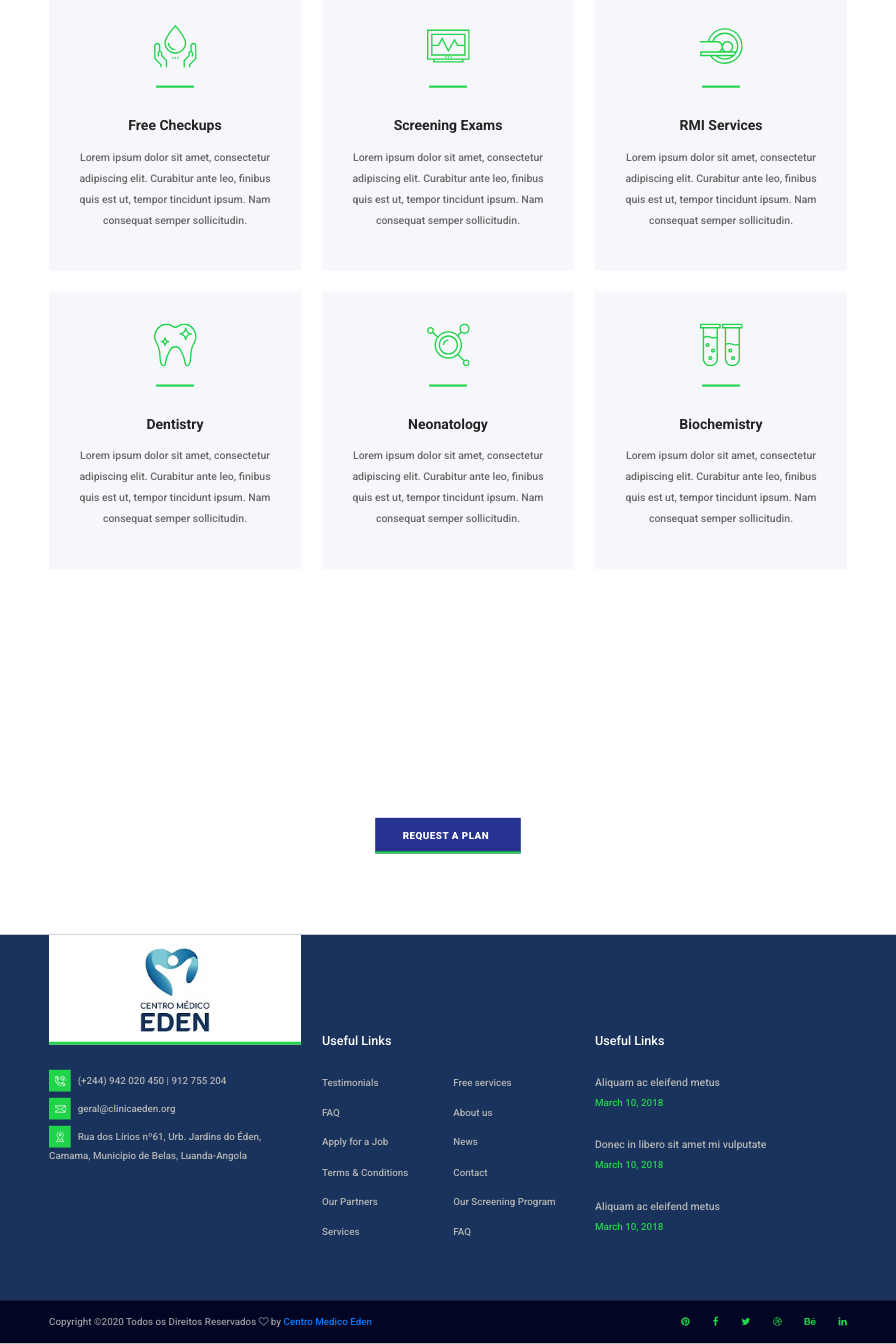
Repository: Nanitamo/centro-medico-eden-webpage
Page: index.html
An editor plug-in stored every save of this project. The page is shown before and after the next save, followed by the edit.
The browser window is 1280 px wide. The pictures show the part of the page from y = 2615 to 4535 px (the page is 4535 px tall), at 70% of full size.

Above is the page before, as saved 2020-06-18 15:44:01.

### index.html
<!DOCTYPE html>
<html lang="pt">
<head>
<title>Centro Médico Eden</title>
<meta charset="utf-8">
<meta http-equiv="X-UA-Compatible" content="IE=edge">
<meta name="description" content="CareMed demo project">
<meta name="viewport" content="width=device-width, initial-scale=1">
<link rel="stylesheet" type="text/css" href="styles/bootstrap4/bootstrap.min.css">
<link href="plugins/font-awesome-4.7.0/css/font-awesome.min.css" rel="stylesheet" type="text/css">
<link rel="stylesheet" type="text/css" href="plugins/OwlCarousel2-2.2.1/owl.carousel.css">
<link rel="stylesheet" type="text/css" href="plugins/OwlCarousel2-2.2.1/owl.theme.default.css">
<link rel="stylesheet" type="text/css" href="plugins/OwlCarousel2-2.2.1/animate.css">
<link rel="stylesheet" type="text/css" href="styles/main_styles.css">
<link rel="stylesheet" type="text/css" href="styles/responsive.css">
</head>
<body>

<div class="super_container">

	<!-- Header -->

	<header class="header trans_200">

		<!-- Top Bar -->
		<div class="top_bar">
			<div class="container">
				<div class="row">
					<div class="col">
						<div class="top_bar_content d-flex flex-row align-items-center justify-content-start">
							<!-- <div class="top_bar_item"><a href="#">FAQ</a></div>
							<div class="top_bar_item"><a href="#">Request an Appointment</a></div> -->
							<div class="emergencies  d-flex flex-row align-items-center justify-content-start ml-auto">Emergencias: +244 928 819 392</div>
						</div>

					</div>
				</div>
			</div>
		</div>

		<!-- Header Content -->
		<div class="header_container">
			<div class="container">
				<div class="row">
					<div class="col">
						<div class="header_content d-flex flex-row align-items-center justify-content-start">
							<nav class="main_nav ml-auto">
								<ul>
									<li><a href="index.html">Home</a></li>
									<li><a href="about.html">Sobre Nos</a></li>
									<li><a href="services.html">Serviços</a></li>
									<li><a href="news.html">News</a></li>
									<li><a href="contact.html">Contactos</a></li>
								</ul>
							</nav>
							<div class="hamburger ml-auto"><i class="fa fa-bars" aria-hidden="true"></i></div>
						</div>
					</div>
				</div>
			</div>
		</div>

		<!-- Logo -->
		<div class="logo_container_outer">
			<div class="container">
				<div class="row">
					<div class="col">
						<div class="logo_container">
							<a href="#">
								<div class="logo_content d-flex flex-column align-items-start justify-content-center">
									<!-- <div class="logo_line"></div>
									<div class="logo d-flex flex-row align-items-center justify-content-center">
										<div class="logo_text">Care<span>Med</span></div>
										<div class="logo_box">+</div>
									</div>
									<div class="logo_sub">Health Care Center</div> -->
									<img src="./images/logo.jpg" alt="Logotipo" >
								</div>
							</a>
						</div>
					</div>
				</div>
			</div>
		</div>

	</header>

	<!-- Menu -->

	<div class="menu_container menu_mm">

		<!-- Menu Close Button -->
		<div class="menu_close_container">
			<div class="menu_close"></div>
		</div>

		<!-- Menu Items -->
		<div class="menu_inner menu_mm">
			<div class="menu menu_mm">
				<ul class="menu_list menu_mm">
					<li class="menu_item menu_mm"><a href="index.html">Home</a></li>
					<li class="menu_item menu_mm"><a href="about.html">Sobre Nos</a></li>
					<li class="menu_item menu_mm"><a href="services.html">Serviços</a></li>
					<li class="menu_item menu_mm"><a href="news.html">News</a></li>
					<li class="menu_item menu_mm"><a href="contact.html">Contactos</a></li>
				</ul>
			</div>
			<div class="menu_extra">
				<div class="menu_appointment"><a href="#">Request an Appointment</a></div>
				<div class="menu_emergencies">Para Emergencias: +244 928 819 392</div>
			</div>

		</div>

	</div>

	<!-- Home -->

	<div class="home">
		<div class="home_slider_container">
			<!-- Home Slider -->
			<div class="owl-carousel owl-theme home_slider">

				<!-- Slider Item -->
				<div class="owl-item">
					<div class="home_slider_background" style="background-image:url(images/home_background_1.jpg)"></div>
					<div class="home_content">
						<div class="container">
							<div class="row">
								<div class="col">
									<div class="home_content_inner">
										<div class="home_title"><h1>Medicine made with care</h1></div>
										<div class="home_text">
											<p>Lorem ipsum dolor sit amet, consectetur adipiscing elit. Mauris tempus vestibulum mauris quis aliquam. Integer accumsan sodales odio, id tempus velit ullamcorper id. Quisque at erat eu.</p>
										</div>
										<div class="button home_button">
											<a href="#">read more</a>
										</div>
									</div>
								</div>
							</div>
						</div>
					</div>
				</div>

				<!-- Slider Item -->
				<div class="owl-item">
					<div class="home_slider_background" style="background-image:url(images/home_background_1.jpg)"></div>
					<div class="home_content">
						<div class="container">
							<div class="row">
								<div class="col">
									<div class="home_content_inner">
										<div class="home_title"><h1>Medicine made with care</h1></div>
										<div class="home_text">
											<p>Lorem ipsum dolor sit amet, consectetur adipiscing elit. Mauris tempus vestibulum mauris quis aliquam. Integer accumsan sodales odio, id tempus velit ullamcorper id. Quisque at erat eu.</p>
										</div>
										<div class="button home_button">
											<a href="#">read more</a>
										</div>
									</div>
								</div>
							</div>
						</div>
					</div>
				</div>

				<!-- Slider Item -->
				<div class="owl-item">
					<div class="home_slider_background" style="background-image:url(images/home_background_1.jpg)"></div>
					<div class="home_content">
						<div class="container">
							<div class="row">
								<div class="col">
									<div class="home_content_inner">
										<div class="home_title"><h1>Medicine made with care</h1></div>
										<div class="home_text">
											<p>Lorem ipsum dolor sit amet, consectetur adipiscing elit. Mauris tempus vestibulum mauris quis aliquam. Integer accumsan sodales odio, id tempus velit ullamcorper id. Quisque at erat eu.</p>
										</div>
										<div class="button home_button">
											<a href="#">read more</a>
										</div>
									</div>
								</div>
							</div>
						</div>
					</div>
				</div>

			</div>

			<!-- Slider Progress -->
			<div class="home_slider_progress"></div>
		</div>
	</div>

	<!-- 3 Boxes -->

	<div class="boxes">
		<div class="container">
			<div class="row">

				<!-- Box -->
				<div class="col-lg-4 box_col">
					<div class="box working_hours">
						<div class="box_icon d-flex flex-column align-items-start justify-content-center"><div style="width:29px; height:29px;"><img src="images/alarm-clock.svg" alt=""></div></div>
						<div class="box_title">Horário de Trabalho</div>
						<div class="working_hours_list">
							<ul>
								<li class="d-flex flex-row align-items-center justify-content-start">
									<div>Segunda – Sexta-Feira</div>
									<div class="ml-auto">8h00 – 19h00</div>
								</li>
								<li class="d-flex flex-row align-items-center justify-content-start">
									<div>Sábado</div>
									<div class="ml-auto">9h30 – 17h00</div>
								</li>
								<li class="d-flex flex-row align-items-center justify-content-start">
									<div>Domingo</div>
									<div class="ml-auto">9h30 – 15h00</div>
								</li>
							</ul>
						</div>
					</div>
				</div>

				<!-- Box -->
				<!-- <div class="col-lg-4 box_col">
					<div class="box box_appointments">
						<div class="box_icon d-flex flex-column align-items-start justify-content-center"><div style="width: 29px; height:29px;"><img src="images/phone-call.svg" alt=""></div></div>
						<div class="box_title">Appointments</div>
						<div class="box_text">Lorem ipsum dolor sit amet, consectetur adipiscing elit. Curabitur ante leo, finibus quis est ut, tempor tincidunt ipsum. Nam cons equat semper sollicitudin.</div>
					</div>
				</div> -->

				<!-- Box -->
				<div class="col-lg-4 box_col">
					<div class="box box_emergency">
						<div class="box_icon d-flex flex-column align-items-start justify-content-center"><div style="width: 37px; height:37px; margin-left:-4px;"><img src="images/bell.svg" alt=""></div></div>
						<div class="box_title">Contactos de Emergencias</div>
						<div class="box_phone">+244 928 819 392</div>
						<div class="box_emergency_text">Lorem ipsum dolor sit amet, consectetur adipiscing elit. Curabitur ante leo.</div>
					</div>
				</div>

			</div>
		</div>
	</div>

	<!-- About -->

	<div class="about">
		<div class="container">
			<div class="row row-lg-eq-height">

				<!-- About Content -->
				<div class="col-lg-7">
					<div class="about_content">
						<div class="section_title"><h2>A great medical team to help your needs</h2></div>
						<div class="about_text">
							<p>Lorem ipsum dolor sit amet, consectetur adipiscing elit. Curabitur ante leo, finibus quis est ut, tempor tincidunt ipsum. Nam consequat semper sollicitudin. Aliquam nec dapibus massa. Pellen tesque in luctus ex. Praesent luctus erat sit amet tortor aliquam bibendum. Nulla ut molestie augue, scelerisque consectetur quam. Dolor sit amet, consectetur adipiscing elit. Cura bitur ante leo, finibus quis est ut, tempor tincidunt ipsum. Nam consequat semper sollicitudin. Aliquam nec dapibus massa. Pellentesque in luctus ex.</p>
						</div>
						<div class="button about_button">
							<a href="#">read more</a>
						</div>
					</div>
				</div>

				<!-- About Image -->
				<div class="col-lg-5">
					<div class="about_image"><img src="images/about.png" alt=""></div>
				</div>
			</div>
		</div>
	</div>

	<!-- Departments -->

	<div class="departments">
		<div class="departments_background parallax-window" data-parallax="scroll" data-image-src="images/departments.jpg" data-speed="0.8"></div>
		<div class="container">
			<div class="row">
				<div class="col">
					<div class="section_title section_title_light"><h2>Our Medical Departments</h2></div>
				</div>
			</div>
			<div class="row departments_row row-md-eq-height">

				<!-- Department -->
				<div class="col-lg-3 col-md-6 dept_col">
					<div class="dept">
						<div class="dept_image"><img src="images/dept_1.jpg" alt=""></div>
						<div class="dept_content text-center">
							<div class="dept_title">plastic surgery</div>
							<div class="dept_subtitle">Dr. James Smith</div>
						</div>
					</div>
				</div>

				<!-- Department -->
				<div class="col-lg-3 col-md-6 dept_col">
					<div class="dept">
						<div class="dept_image"><img src="images/dept_2.jpg" alt=""></div>
						<div class="dept_content text-center">
							<div class="dept_title">gastroenterology</div>
							<div class="dept_subtitle">Dr. Gunter Roscoe</div>
						</div>
					</div>
				</div>

				<!-- Department -->
				<div class="col-lg-3 col-md-6 dept_col">
					<div class="dept">
						<div class="dept_image"><img src="images/dept_3.jpg" alt=""></div>
						<div class="dept_content text-center">
							<div class="dept_title">dentistry</div>
							<div class="dept_subtitle">Dr. Maria Williams</div>
						</div>
					</div>
				</div>

				<!-- Department -->
				<div class="col-lg-3 col-md-6 dept_col">
					<div class="dept">
						<div class="dept_text">
							<p>Lorem ipsum dolor sit amet, consectetur adipiscing elit. Curabitur ante leo, finibus quis est ut, tempor tincidunt ipsum. Nam consequat semper sollicitudin. Aliquam nec dap ibus massa. Pellen tesque in luctus ex.</p>
						</div>
						<div class="button dept_button"><a href="#">read more</a></div>
					</div>
				</div>
			</div>
		</div>
	</div>

	<!-- Services -->

	<div class="services">
		<div class="container">
			<div class="row">
				<div class="col">
					<div class="section_title"><h2>Our Featured Services</h2></div>
				</div>
			</div>
			<div class="row services_row">

				<!-- Service -->
				<div class="col-lg-4 col-md-6 service_col">
					<a href="services.html">
						<div class="service text-center trans_200">
							<div class="service_icon"><img class="svg" src="images/service_1.svg" alt=""></div>
							<div class="service_title trans_200">Free Checkups</div>
							<div class="service_text">
								<p>Lorem ipsum dolor sit amet, consectetur adipiscing elit. Curabitur ante leo, finibus quis est ut, tempor tincidunt ipsum. Nam consequat semper sollicitudin.</p>
							</div>
						</div>
					</a>
				</div>

				<!-- Service -->
				<div class="col-lg-4 col-md-6 service_col">
					<a href="services.html">
						<div class="service text-center trans_200">
							<div class="service_icon"><img class="svg" src="images/service_2.svg" alt=""></div>
							<div class="service_title trans_200">Screening Exams</div>
							<div class="service_text">
								<p>Lorem ipsum dolor sit amet, consectetur adipiscing elit. Curabitur ante leo, finibus quis est ut, tempor tincidunt ipsum. Nam consequat semper sollicitudin.</p>
							</div>
						</div>
					</a>
				</div>

				<!-- Service -->
				<div class="col-lg-4 col-md-6 service_col">
					<a href="services.html">
						<div class="service text-center trans_200">
							<div class="service_icon"><img class="svg" src="images/service_3.svg" alt=""></div>
							<div class="service_title trans_200">RMI Services</div>
							<div class="service_text">
								<p>Lorem ipsum dolor sit amet, consectetur adipiscing elit. Curabitur ante leo, finibus quis est ut, tempor tincidunt ipsum. Nam consequat semper sollicitudin.</p>
							</div>
						</div>
					</a>
				</div>

				<!-- Service -->
				<div class="col-lg-4 col-md-6 service_col">
					<a href="services.html">
						<div class="service text-center trans_200">
							<div class="service_icon"><img class="svg" src="images/service_4.svg" alt=""></div>
							<div class="service_title trans_200">Dentistry</div>
							<div class="service_text">
								<p>Lorem ipsum dolor sit amet, consectetur adipiscing elit. Curabitur ante leo, finibus quis est ut, tempor tincidunt ipsum. Nam consequat semper sollicitudin.</p>
							</div>
						</div>
					</a>
				</div>

				<!-- Service -->
				<div class="col-lg-4 col-md-6 service_col">
					<a href="services.html">
						<div class="service text-center trans_200">
							<div class="service_icon"><img class="svg" src="images/service_5.svg" alt=""></div>
							<div class="service_title trans_200">Neonatology</div>
							<div class="service_text">
								<p>Lorem ipsum dolor sit amet, consectetur adipiscing elit. Curabitur ante leo, finibus quis est ut, tempor tincidunt ipsum. Nam consequat semper sollicitudin.</p>
							</div>
						</div>
					</a>
				</div>

				<!-- Service -->
				<div class="col-lg-4 col-md-6 service_col">
					<a href="services.html">
						<div class="service text-center trans_200">
							<div class="service_icon"><img class="svg" src="images/service_6.svg" alt=""></div>
							<div class="service_title trans_200">Biochemistry</div>
							<div class="service_text">
								<p>Lorem ipsum dolor sit amet, consectetur adipiscing elit. Curabitur ante leo, finibus quis est ut, tempor tincidunt ipsum. Nam consequat semper sollicitudin.</p>
							</div>
						</div>
					</a>
				</div>
			</div>
		</div>
	</div>

	<!-- Call to action -->

	<div class="cta">
		<div class="cta_background parallax-window" data-parallax="scroll" data-image-src="images/cta.jpg" data-speed="0.8"></div>
		<div class="container">
			<div class="row">
				<div class="col">
					<div class="cta_content text-center">
						<h2>Need a personal health plan?</h2>
						<p>Duis massa massa, mollis vel ullamcorper quis, finibus et urna. Aliquam ac eleifend metus. Ut sollicitudin risus ex</p>
						<div class="button cta_button"><a href="#">request a plan</a></div>
					</div>
				</div>
			</div>
		</div>
	</div>

	<!-- Footer -->

	<footer class="footer">
		<div class="footer_container">
			<div class="container">
				<div class="row">

					<!-- Footer - About -->
					<div class="col-lg-4 footer_col">
						<div class="footer_about">
							<div class="footer_logo_container">
								<a href="#" class="d-flex flex-column align-items-center justify-content-center">
									<!-- <div class="logo_content">
										<div class="logo d-flex flex-row align-items-center justify-content-center">
											<div class="logo_text">Care<span>Med</span></div>
											<div class="logo_box">+</div>
										</div>
										<div class="logo_sub">Health Care Center</div>
									</div> -->
									<img src="./images/logo.jpg" alt="Logotipo">
								</a>
							</div>
							<div class="footer_about_text">
								<p></p>
							</div>
							<ul class="footer_about_list">
								<li><div class="footer_about_icon"><img src="images/phone-call.svg" alt=""></div><span>(+244) 942 020 450 | 912 755 204</span></li>
								<li><div class="footer_about_icon"><img src="images/envelope.svg" alt=""></div><span>geral@clinicaeden.org</span></li>
								<li><div class="footer_about_icon"><img src="images/placeholder.svg" alt=""></div><span>Rua dos Lírios nº61, Urb. Jardins do Éden, Camama, Município de Belas, Luanda-Angola</span></li>
							</ul>
						</div>
					</div>

					<!-- Footer - Links -->
					<div class="col-lg-4 footer_col">
						<div class="footer_links footer_column">
							<div class="footer_title">Useful Links</div>
							<ul>
								<li><a href="#">Testimonials</a></li>
								<li><a href="#">FAQ</a></li>
								<li><a href="#">Apply for a Job</a></li>
								<li><a href="#">Terms & Conditions</a></li>
								<li><a href="#">Our Partners</a></li>
								<li><a href="#">Services</a></li>
								<li><a href="#">Free services</a></li>
								<li><a href="#">About us</a></li>
								<li><a href="#">News</a></li>
								<li><a href="#">Contact</a></li>
								<li><a href="#">Our Screening Program</a></li>
								<li><a href="#">FAQ</a></li>
							</ul>
						</div>
					</div>

					<!-- Footer - News -->
					<div class="col-lg-4 footer_col">
						<div class="footer_news footer_column">
							<div class="footer_title">Useful Links</div>
							<ul>
								<li>
									<div class="footer_news_title"><a href="news.html">Aliquam ac eleifend metus</a></div>
									<div class="footer_news_date">March 10, 2018</div>
								</li>
								<li>
									<div class="footer_news_title"><a href="news.html">Donec in libero sit amet mi vulputate</a></div>
									<div class="footer_news_date">March 10, 2018</div>
								</li>
								<li>
									<div class="footer_news_title"><a href="news.html">Aliquam ac eleifend metus</a></div>
									<div class="footer_news_date">March 10, 2018</div>
								</li>
							</ul>
						</div>
					</div>
				</div>
			</div>
		</div>
		<div class="copyright">
			<div class="container">
				<div class="row">
					<div class="col">
						<div class="copyright_content d-flex flex-lg-row flex-column align-items-lg-center justify-content-start">
							<div class="cr"><!-- Link back to Colorlib can't be removed. Template is licensed under CC BY 3.0. -->
						Copyright &copy;<script>document.write(new Date().getFullYear());</script> Todos os Direitos Reservados <i class="fa fa-heart-o" aria-hidden="true"></i> by <a href="" target="_blank">Centro Medico Eden</a>
<!-- Link back to Colorlib can't be removed. Template is licensed under CC BY 3.0. --></div>
							<div class="footer_social ml-lg-auto">
								<ul>
									<li><a href="#"><i class="fa fa-pinterest" aria-hidden="true"></i></a></li>
									<li><a href="#"><i class="fa fa-facebook" aria-hidden="true"></i></a></li>
									<li><a href="#"><i class="fa fa-twitter" aria-hidden="true"></i></a></li>
									<li><a href="#"><i class="fa fa-dribbble" aria-hidden="true"></i></a></li>
									<li><a href="#"><i class="fa fa-behance" aria-hidden="true"></i></a></li>
									<li><a href="#"><i class="fa fa-linkedin" aria-hidden="true"></i></a></li>
								</ul>
							</div>
						</div>
					</div>
				</div>
			</div>
		</div>
	</footer>
</div>

<script src="js/jquery-3.2.1.min.js"></script>
<script src="styles/bootstrap4/popper.js"></script>
<script src="styles/bootstrap4/bootstrap.min.js"></script>
<script src="plugins/OwlCarousel2-2.2.1/owl.carousel.js"></script>
<script src="plugins/easing/easing.js"></script>
<script src="plugins/parallax-js-master/parallax.min.js"></script>
<script src="js/custom.js"></script>
</body>
</html>

Loaded but not shown: styles/bootstrap4/bootstrap.min.css (library); plugins/font-awesome-4.7.0/css/font-awesome.min.css (library); plugins/OwlCarousel2-2.2.1/owl.carousel.css (library); plugins/OwlCarousel2-2.2.1/owl.theme.default.css (common file); plugins/OwlCarousel2-2.2.1/animate.css (library); js/jquery-3.2.1.min.js (library); styles/bootstrap4/popper.js (library); styles/bootstrap4/bootstrap.min.js (library); plugins/OwlCarousel2-2.2.1/owl.carousel.js (library); plugins/easing/easing.js (library); plugins/parallax-js-master/parallax.min.js (library); js/custom.js (204 lines, source omitted); styles/main_styles.css (1312 lines, source omitted); styles/responsive.css (427 lines, source omitted)

After the next save:
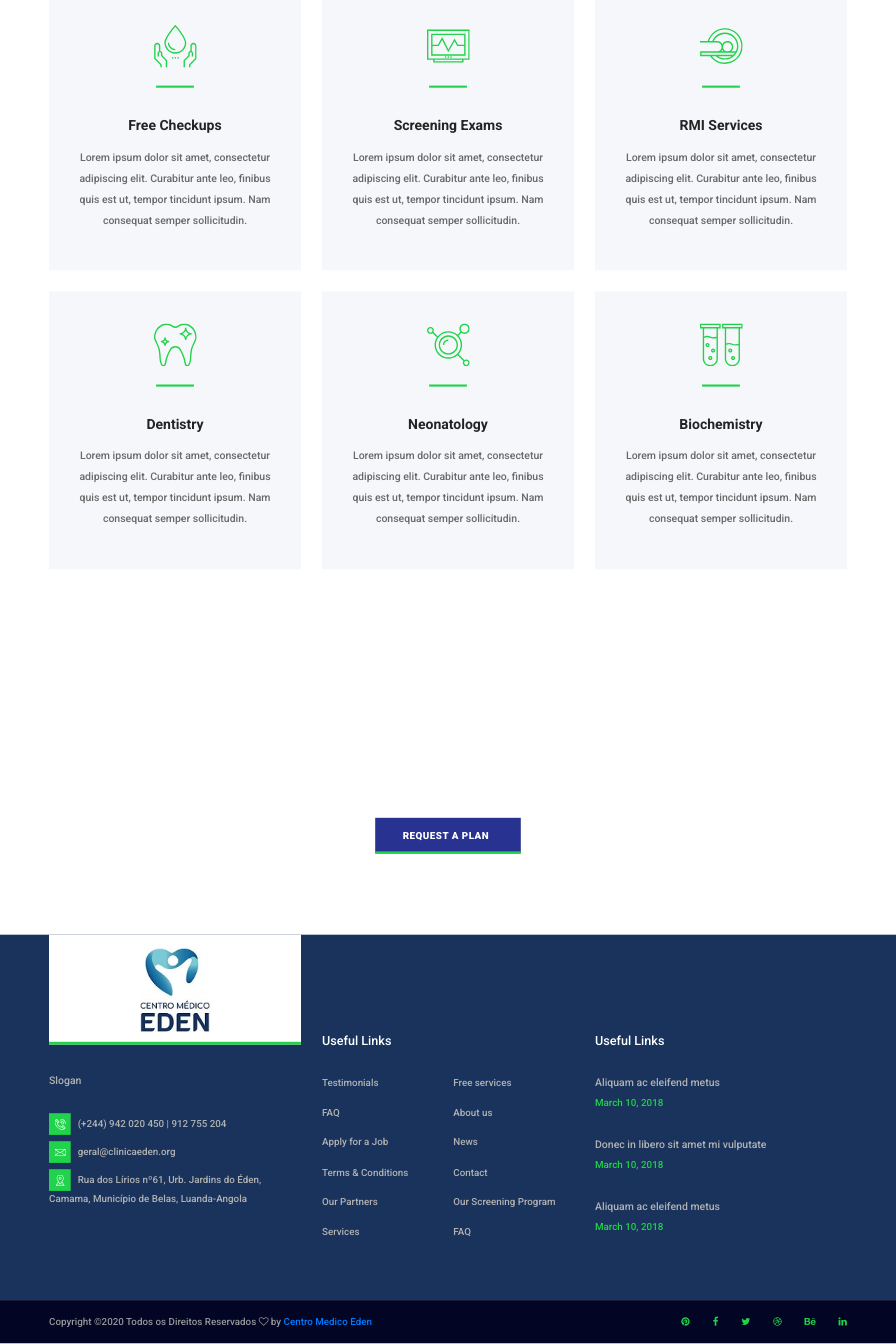
Saved 7 s later.
--- a/index.html
+++ b/index.html
@@ -464,7 +464,7 @@
 								</a>
 							</div>
 							<div class="footer_about_text">
-								<p></p>
+								<p>Slogan</p>
 							</div>
 							<ul class="footer_about_list">
 								<li><div class="footer_about_icon"><img src="images/phone-call.svg" alt=""></div><span>(+244) 942 020 450 | 912 755 204</span></li>
